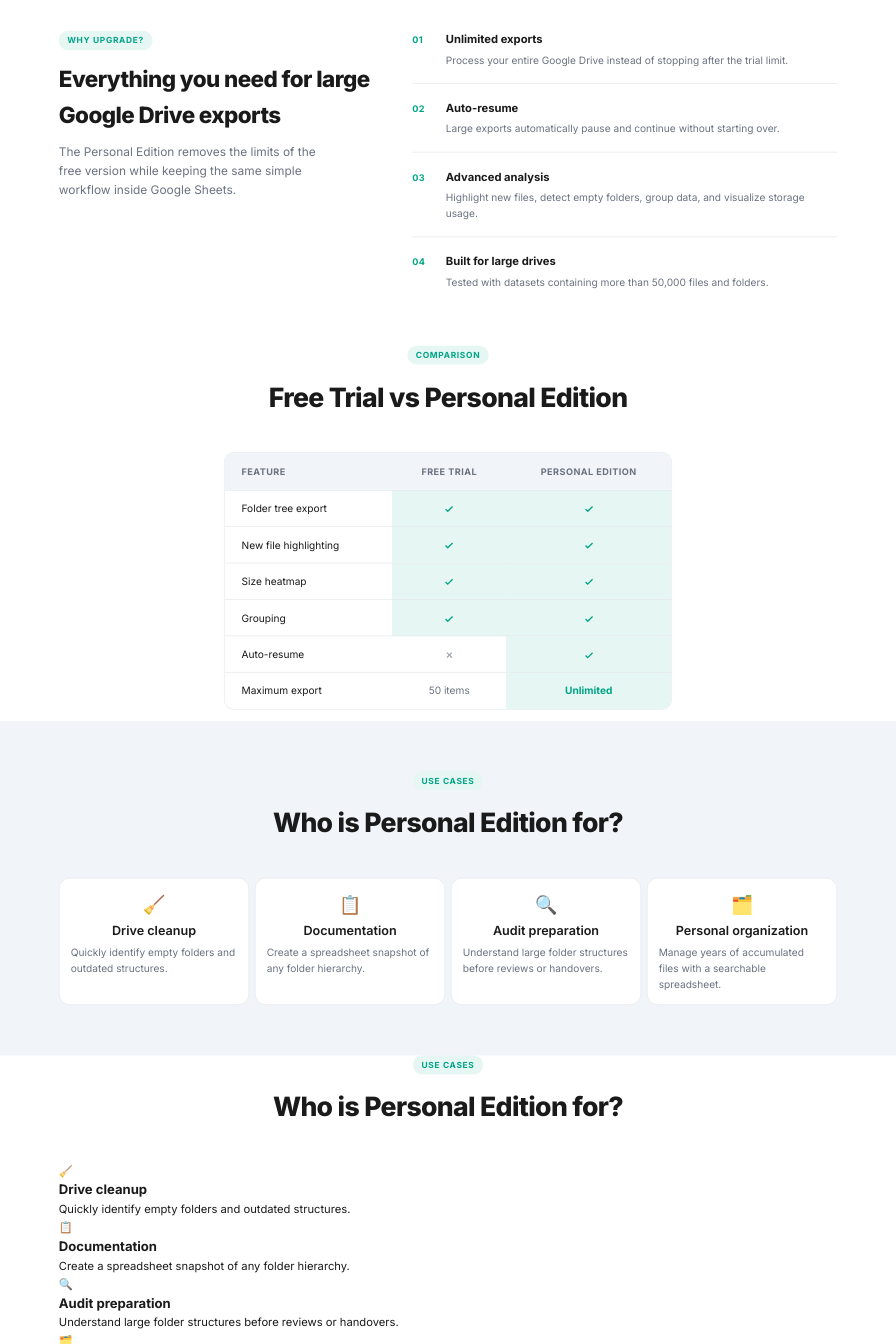
Repository: toishitool/gdrive-to-sheet
Page: personal-edition.html
An editor plug-in stored every save of this project. The page is shown before and after the next save, followed by the edit.
The browser window is 1280 px wide. The pictures show the part of the page from y = 1207 to 3127 px (the page is 4620 px tall), at 70% of full size.

Above is the page before, as saved 2026-06-26 22:09:06.

After the next save:
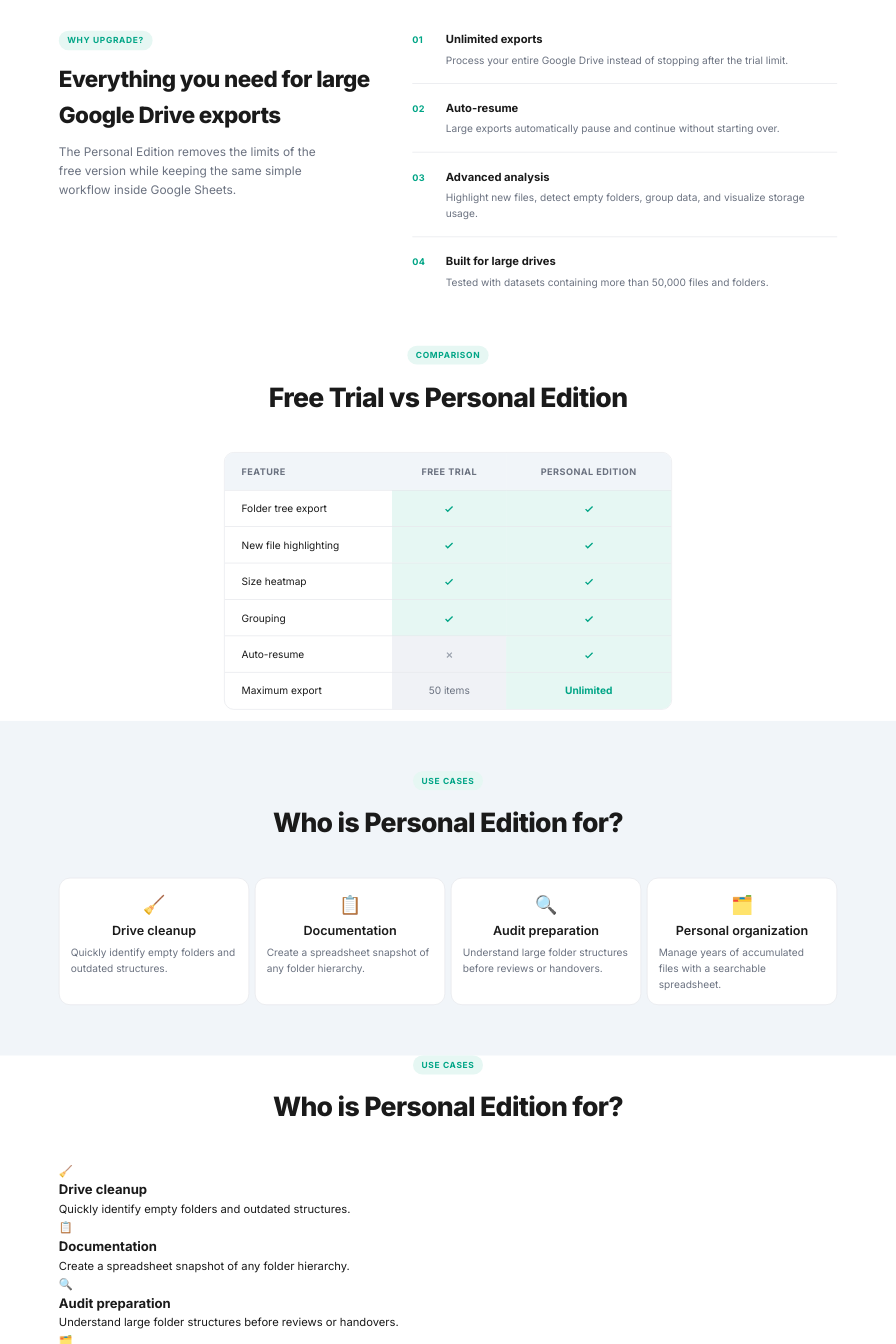
Saved 11 s later.
--- a/personal-edition.html
+++ b/personal-edition.html
@@ -254,12 +254,12 @@
           </tr>
           <tr>
             <td>Auto-resume</td>
-            <td class="cell-x"><svg width="14" height="14" fill="none" stroke="currentColor" stroke-width="3" viewBox="0 0 24 24"><line x1="18" y1="6" x2="6" y2="18" /><line x1="6" y1="6" x2="18" y2="18" /></svg></td>
+            <td class="cell-x row-off"><svg width="14" height="14" fill="none" stroke="currentColor" stroke-width="3" viewBox="0 0 24 24"><line x1="18" y1="6" x2="6" y2="18" /><line x1="6" y1="6" x2="18" y2="18" /></svg></td>
             <td class="cell-check row-diff"><svg width="15" height="15" fill="none" stroke="currentColor" stroke-width="3" viewBox="0 0 24 24"><polyline points="20 6 9 17 4 12" /></svg></td>
           </tr>
            <tr>
             <td>Maximum export</td>
-            <td class="cell-muted">50 items</td>
+            <td class="cell-muted row-off">50 items</td>
             <td class="cell-highlight row-diff">Unlimited</td>
           </tr>
         </tbody>
